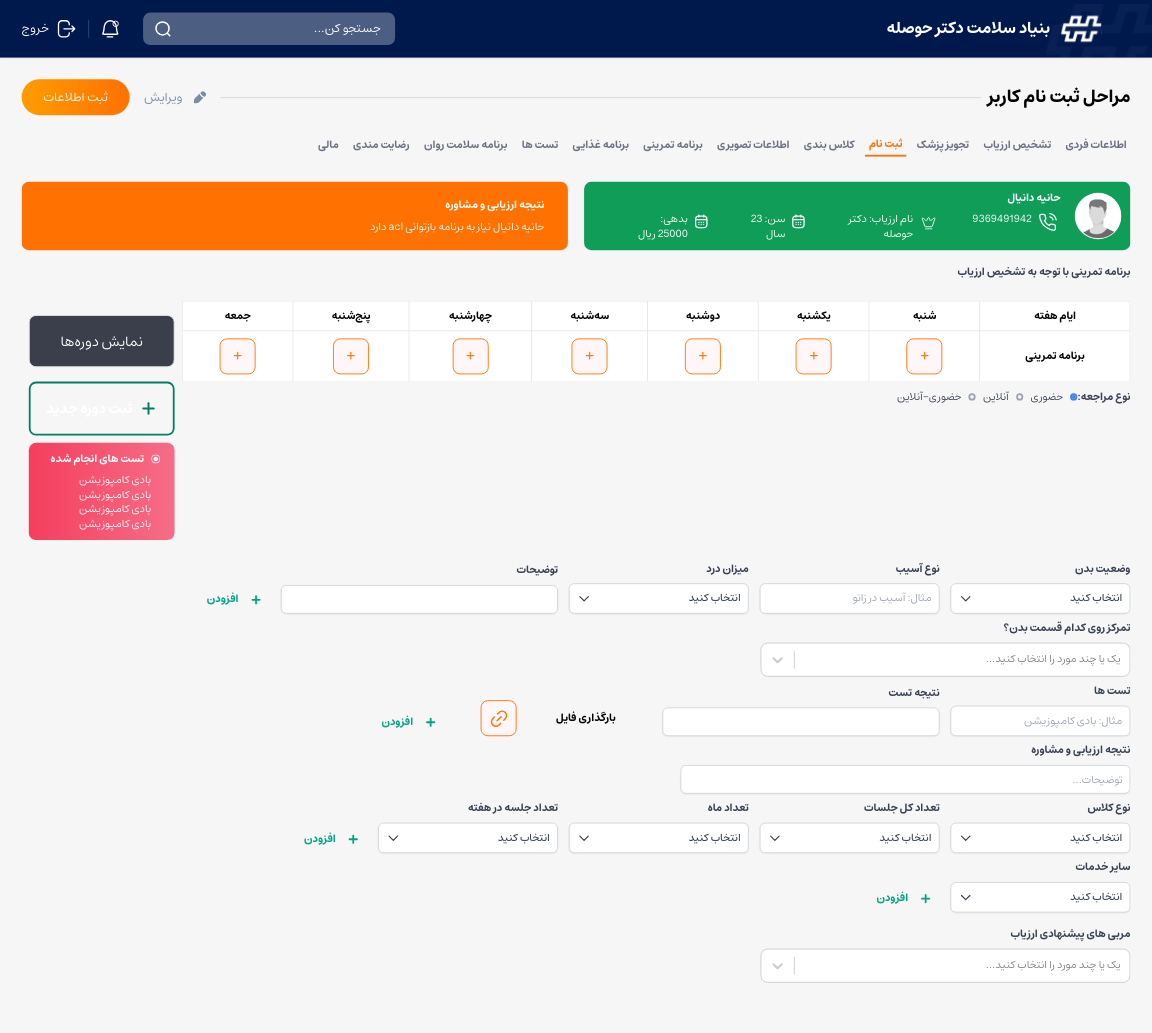
Repository: mirnajafi/ERP_hoseleh_V1.0
Page: /register, after clicking the first element matching `div.flex > :nth-child(4)`
The author's editor kept a copy of each file at every save. The page is drawn from the files as they stood at one save, then again after a run of saves.
The browser window is 1280 px wide. The pictures show the whole page, at 90% of full size.
Some web fonts or font styles are not loaded; a fallback is used. The project was rebuilt for these pictures with package versions that can differ from the ones it lists, and the page was loaded fresh each time. The framework's server and built-in components were replaced by stand-ins that run in the browser. Also part of the build but not shown: next.config.mjs, src/components/icons/trash.tsx, src/components/weekTable/weekTable.css, src/components/icons/copy.tsx, src/components/recognitionEvaluator/recognitionEvaluator.tsx.

Above is the page before, as saved 2025-02-28 23:44:12.

### src/app/layout.tsx
/* eslint-disable @next/next/no-img-element */
import type { Metadata } from "next";
import Header from "@/components/layout/Header";
import "@/app/globals.css";


export const metadata: Metadata = {
  title: "دکتر حوصله",
  description: "بنیاد سلامت دکتر حوصله",
};

export default function RootLayout({ children }: { children: React.ReactNode }) {
  return (
    <html lang="fa" dir="rtl">
      <body className="bg-dashboard-bg min-h-screen">
        {/* Header includes SidebarToggle, so no need to add Sidebar separately */}
        <Header />
        {/* Main Content Area */}
        <main className="transition-all duration-300 mt-16 p-6">
          {children}
        </main>

      </body>
    </html>
  );
}

### src/app/register/page.tsx
'use client';


import PageHeader from "@/components/formHeader/formHeader";
import Tabs from "@/components/formTab/formTab";
import PersonalInfo from "@/components/personalInfo/personalInfo";
import RecognitionEvaluator from "@/components/recognitionEvaluator/recognitionEvaluator";
import Registration from "@/components/registration/registration";


const Register = () => {


    const tabItems = [
        {
            label: "اطلاعات فردی", content: <PersonalInfo />
        },
        {
            label: "تشخیص ارزیاب", content: <RecognitionEvaluator />
        },
        { label: "تجویز پزشک", content: <div></div> },
        { label: "ثبت نام", content: <Registration/> },
        { label: "کلاس بندی", content: <div></div> },
        { label: "اطلاعات تصویری", content: <div></div> },
        { label: "برنامه تمرینی", content: <div></div> },
        { label: "برنامه غذایی", content: <div></div> },
        { label: "تست ها", content: <div></div> },
        { label: "برنامه سلامت روان", content: <div></div> },
        { label: "رضایت مندی", content: <div></div> },
        { label: "مالی", content: <div></div> },
    ];

    return (
        <div className="w-full flex flex-col">

            <PageHeader
                title="مراحل ثبت نام کاربر"
                onEdit={() => console.log("ویرایش")}
                onDelete={() => console.log("حذف")}
            />

            <Tabs tabs={tabItems} />

        </div>
    );
};

export default Register;

### src/components/layout/Header.tsx
/* eslint-disable @next/next/no-img-element */
import SearchInput from "../SearchInput/SearchInput";

export default function Header() {
  return (
    <header className="h-16 bg-secondry-blue-900 shadow-sm fixed top-0 left-0 right-0 flex items-center justify-between px-6 overflow-hidden">
      <img
          src="/icons/pattern.svg"
          alt="logo"
          className="h-20 absolute -right-2 top-1"
        />
      {/* Right Side Group */}
      <div className="flex items-center gap-3 pr-8">
        <img
          src="/icons/logo.svg"
          alt="logo"
          className="h-8 brightness-0 invert"
        />
        <h1 className="text-white text-lg font-bold">بنیاد سلامت دکتر حوصله</h1>
      </div>

      {/* Left Side Group */}
      <div className="flex items-center gap-6">
        <SearchInput />

        <div className="flex items-center gap-3">
          <div className="relative">
            <img
              src="/icons/notification.svg"
              alt="notifications"
              className="w-6 h-6 cursor-pointer"
            />
            <span className="absolute top-[3px] border border-white right-[3px] w-[7px] h-[7px] bg-red-500 rounded-full"></span>
          </div>
          <div className="w-px h-5 bg-white/20" />
          <button className="flex items-center gap-2 text-white">
            <img src="/icons/out.svg" alt="logout" className="w-6 h-6" />
            <span className="text-sm">خروج</span>
          </button>
        </div>
      </div>
    </header>
  );
}

### src/app/globals.css
@tailwind base;
@tailwind components;
@tailwind utilities;

@font-face {
  font-family: 'Estedad';
  src: url('/fonts/Estedad-Regular.woff2') format('woff2');
  font-weight: normal;
  font-style: normal;
  font-display: swap;
}

@font-face {
  font-family: 'Estedad';
  src: url('/fonts/Estedad-Bold.woff2') format('woff2');
  font-weight: bold;
  font-style: normal;
  font-display: swap;
}

@font-face {
  font-family: 'Estedad';
  src: url('/fonts/Estedad-Medium.woff2') format('woff2');
  font-weight: 500;
  font-style: normal;
  font-display: swap;
}

@font-face {
  font-family: 'Estedad';
  src: url('/fonts/Light.woff2') format('woff2');
  font-weight: 400;
  font-style: normal;
  font-display: swap;
}

@layer base {
  html {
    font-family: 'Estedad'
  }
}

### src/components/formHeader/formHeader.tsx
'use client';
import './formHeader.css'

interface PageHeaderProps {
    title: string;
    onEdit: () => void;
    onDelete: () => void;
}

const PageHeader: React.FC<PageHeaderProps> = ({ title, onEdit, onDelete }) => {
    return (
        <div className="flex items-center justify-between w-full  pb-2">
            <h2 className="text-xl font-semibold text-nowrap ml-2">{title}</h2>
            <div className="flex items-center gap-4 w-full ">
                <div className="flex-1 w-full border-t border-gray-300 "></div>
                <button className="text-sm flex flex-row items-center justify-center  text-[#798BA5]" onClick={onEdit}>


                    <svg width="14" height="14" viewBox="0 0 23 23" className='ml-3' fill="none" xmlns="http://www.w3.org/2000/svg">
                        <path fill-rule="evenodd" clip-rule="evenodd" d="M19.5324 1.51563C18.1783 0.161458 15.9827 0.161458 14.6286 1.51563L12.4546 3.68958C12.5391 3.86026 12.6305 4.03984 12.7285 4.22604C13.3883 5.47917 14.3142 6.96623 15.424 8.07604C16.5338 9.18585 18.0209 10.1118 19.274 10.7715C19.4602 10.8695 19.6397 10.9609 19.8104 11.0454L21.9844 8.87144C23.3385 7.51727 23.3385 5.32173 21.9844 3.96756L19.5324 1.51563ZM18.1392 12.7166C16.8165 12.0139 15.1463 10.9803 13.833 9.66703C12.5197 8.35373 11.4861 6.68352 10.7834 5.36079L2.23425 13.9099C1.70372 14.4405 1.35958 15.1288 1.25347 15.8715L0.517889 21.0206C0.354426 22.1648 1.3352 23.1456 2.47944 22.9821L7.62851 22.2465C8.37124 22.1404 9.05953 21.7963 9.59006 21.2658L18.1392 12.7166Z" fill="#798BA5" />
                    </svg>ویرایش

                </button>
                <button className="customeGradient text-sm" onClick={onDelete}>
                    ثبت اطلاعات
                </button>
            </div>
        </div>
    );
};

export default PageHeader;

### src/components/formTab/formTab.tsx
import { useState } from "react";

interface Tab {
  label: string;
  content: React.ReactNode;
}

interface TabsProps {
  tabs: Tab[];
  defaultIndex?: number;
}

const Tabs: React.FC<TabsProps> = ({ tabs, defaultIndex = 0 }) => {
  const [activeIndex, setActiveIndex] = useState(defaultIndex);

  return (
    <div className="w-full overflow-hidden">
      <div className="flex py-3 overflow-x-auto whitespace-nowrap">
        {tabs.map((tab, index) => (
          <button
            key={index}
            className={`ml-2 p-1 text-nowrap text-xs font-bold text-sm focus:outline-none ${activeIndex === index
                ? "border-b-2 border-[#FF7101] text-[#FF7101]"
                : "text-gray-500 hover:text-[#FF7101]"
              }`}
            onClick={() => setActiveIndex(index)}
          >
            {tab.label}
          </button>
        ))}
      </div>

      <div className="py-4">{tabs[activeIndex].content}</div>
    </div>
  );
};

export default Tabs;

### src/components/SearchInput/SearchInput.tsx
/* eslint-disable @next/next/no-img-element */
"use client";

interface SearchInputProps {
  placeholder?: string;
  className?: string;
}

export default function SearchInput({ placeholder = "جستجو کن...", className = "" }: SearchInputProps) {
  return (
    <div className="relative w-[280px]">
      <input
        type="text"
        placeholder={placeholder}
        className={`w-full h-9 bg-white bg-opacity-30 rounded-lg px-4 text-white placeholder:text-white text-sm focus:outline-none ${className}`}
      />
      <img
        src="/icons/left-icon.svg"
        alt="search"
        className="absolute left-2 top-1/2 -translate-y-1/2 w-7 h-7 brightness-0 invert"
      />
    </div>
  );
}

### src/components/formHeader/formHeader.css
.customeGradient{
    background: linear-gradient(270deg, #FF7101 0%, #FF9C00 100%);
    color: white;
    border-radius: 50px;
    padding:  10px 24px;
}

### src/components/input/input.tsx
'use client';  // اضافه کردن این خط برای فعال کردن کامپوننت در Client-side

import React from "react";

interface InputProps {
  label: string;
  type?: string;
  value: string;
  onChange: (e: React.ChangeEvent<HTMLInputElement>) => void;
  placeholder?: string;
  required?: boolean;
  className?: string;
}

const Input: React.FC<InputProps> = ({
  label,
  type = "text",
  value,
  onChange,
  placeholder,
  required = false,
  className = "",
}) => {
  return (
    <div className={`w-full xl:w-1/5 ml-3 my-2 xl:my-0 lg:max-w-[200px] ${className}`}>
      <label className="block text-xs text-gray-700  xl:mt-2 mb-2  font-bold">{label}</label>

      <input
        type={type}
        value={value}
        onChange={onChange}
        placeholder={placeholder}
        required={required}
        className="block w-full p-2 lg:max-w-200 text-xs border border-gray-300 rounded-md shadow-sm focus:outline-none focus:ring-2 focus:ring-indigo-500 focus:border-indigo-500"
      />
    </div>
  );
};

export default Input;

### src/components/transparentBtn/transparentBtn.tsx
'use client'; // اضافه کردن این خط برای فعال کردن کامپوننت در Client-side

import React from "react";

interface BtnProps {
    label: string;
}

const TransparentBtn: React.FC<BtnProps> = ({ label }) => {

    return (
        <div className="w-250px text-[#01A384] h-full flex xl:items-center xl:justify-center">
            <button className="flex flex-row p-2  h-full flex items-center justify-center font-bold text-xs
">
                <svg width="15" height="15" viewBox="0 0 14 15" fill="none" xmlns="http://www.w3.org/2000/svg" className="ml-3">
                    <path d="M7 3.41666V11.5833" stroke="#01A384" stroke-width="2" stroke-linecap="round" stroke-linejoin="round" />
                    <path d="M2.91602 7.5H11.0827" stroke="#01A384" stroke-width="2" stroke-linecap="round" stroke-linejoin="round" />
                </svg>
                {label}
            </button>
        </div>
    );
};

export default TransparentBtn;

### src/components/inputDescription/inputDescription.tsx
'use client';  // اضافه کردن این خط برای فعال کردن کامپوننت در Client-side

import React from "react";

interface InputProps {
  label: string;
  value: string;
  placeholder?: string;
  required?: boolean;
  className?: string;
  height?:string;
}

const InputDescription: React.FC<InputProps> = ({
  label,
  value,
  placeholder,
  required = false,
  className = "",
  height
}) => {
  return (
    <div className={`w-full xl:w-1/2 ml-3 max-w-[500px] ${className}`}>
      <label className="block text-xs text-gray-700 mb-2 mt-4 xl:my-2 font-bold font-bold">{label}</label>

      <textarea
        value={value}
        placeholder={placeholder}
        required={required}
        className={`block w-full h-8 ${height} p-2 resize-none max-w-200 overflow-hidden text-xs border border-gray-300 rounded-md shadow-sm focus:outline-none focus:ring-2 focus:ring-indigo-500 focus:border-indigo-500`}
      />
    </div>
  );
};

export default InputDescription;

### src/components/fileUploader/fileUploader.tsx
"use client";

import React, { useState } from "react";
import { useDropzone } from "react-dropzone";
import UploaderIcon from "../icons/uploader";

interface FileUploaderProps {
    onFileUpload: (files: File[]) => void;
    accept?: string;
    multiple?: boolean;
    label?: string;
}

const FileUploader: React.FC<FileUploaderProps> = ({
    onFileUpload,
    accept = "*",
    multiple = true,
    label = 'بارگذاری فایل'
}) => {
    const [uploadedFiles, setUploadedFiles] = useState<File[]>([]);

    const onDrop = (acceptedFiles: File[]) => {
        setUploadedFiles(acceptedFiles);
        onFileUpload(acceptedFiles);
    };

    const { getRootProps, getInputProps } = useDropzone({
        onDrop,
        accept,
        multiple,
    });

    return (
        <div className="lg:w-1/6 max-w-[150px] cursor-pointer my-4 lg:my-0 lg:mx-10" {...getRootProps()}>
            <input {...getInputProps()} />
            <div className="flex flex-row justify-between items-center">
                <p className="text-xs font-bold">{label}</p>
                <button className="bg-[#FFF6F7] h-10 w-10 border rounded-lg border-[#FF7101] flex justify-center items-center"><UploaderIcon width={25} height={25}/></button>
            </div>

            {uploadedFiles.length > 0 && (
                <ul className="mt-2 text-sm text-gray-700">
                    {uploadedFiles.map((file, index) => (
                        <li key={index} className="mt-1">
                            {file.name}
                        </li>
                    ))}
                </ul>
            )}
        </div>
    );
};

export default FileUploader;

### src/components/resultBox/resultBox.tsx
'use client';

import React from "react";
import './resultBox.css';


interface ResultBoxProps {
    resultText: string;
    className?: string;
}

const ResultBox: React.FC<ResultBoxProps> = ({
    resultText,
    className
}) => {
    return (
        <div className={`w-full flex flex-col lg:flex-row containResultBox text-xs ${className}`}>
            <div className="flex flex-col mr-4">
                <div className="font-bold">نتیجه ارزیابی و مشاوره</div>
                <div className="flex flex-col justify-center items-start lg:flex-row mt-2">
                    <span className="ml-10 flex flex-row-reverse">{resultText}</span>
                </div>
            </div>
        </div>
    );
};

export default ResultBox;

### src/components/icons/plus.tsx
'use client';

import React from "react";

interface IconProps {
    width?: number;
    height?: number;
    color?: string;
}

const PlusIcon: React.FC<IconProps> = ({ width, height }) => {
    return (
        <svg width={width} height={height} viewBox="0 0 36 36" fill="none" className="ml-2" xmlns="http://www.w3.org/2000/svg">
        <path d="M18 7.5V28.5" stroke="#007F63" stroke-width="4" stroke-linecap="round" stroke-linejoin="round"/>
        <path d="M7.5 18H28.5" stroke="#007F63" stroke-width="4" stroke-linecap="round" stroke-linejoin="round"/>
        </svg>


    );
};

export default PlusIcon;

### src/components/leftSideBox/leftSideBox.tsx
'use client';

import React from "react";
import './leftSideBox.css';
import CircleIcon from "../icons/circle";


interface BoxProps {
    title: string;
    test1:string;
    className?: string;
}

const LeftSideBox: React.FC<BoxProps> = ({
    title,
    test1,
    className
}) => {
    return (
        <div className={`w-full flex flex-col lg:flex-row containLeftSideBox text-xs ${className}`}>
            <div className="flex flex-col mr-4">
                <div className="font-bold flex flex-row items-center special-margin"><CircleIcon width={10} height={10}/> {title}</div>
                <div className="flex flex-col justify-center items-start  mt-2">
                    <span className="ml-10 flex flex-row-reverse">{test1}</span>
                    <span className="ml-10 flex flex-row-reverse">{test1}</span>
                    <span className="ml-10 flex flex-row-reverse">{test1}</span>
                    <span className="ml-10 flex flex-row-reverse">{test1}</span>

                </div>
            </div>
        </div>
    );
};

export default LeftSideBox;

### src/components/radioBtn/radioBtn.tsx
import React from "react";

interface RadioButtonProps {
  label: string;
  name: string;
  value: string;
  checked: boolean;
  onChange: (value: string) => void;
}

const RadioButton: React.FC<RadioButtonProps> = ({ label, name, value, checked, onChange }) => {
  return (
    <label className="flex items-center space-x-2 cursor-pointer text-xs">
      <input
        type="radio"
        name={name}
        value={value}
        checked={checked}
        onChange={() => onChange(value)}
        className="hidden"
      />
      <div
        className={`w-2 h-2 rounded-full border-2 ${
          checked ? "border-blue-500" : "border-gray-400"
        } flex items-center justify-center transition-all`}
      >
        {checked && <div className="w-1 h-1 bg-blue-500 rounded-full" />}
      </div>
      <span className="text-gray-700">{label}</span>
    </label>
  );
};

export default RadioButton;

### src/components/icons/uploader.tsx
'use client';

import React from "react";

interface IconProps {
    width?: number;
    height?: number;
    color?: string;
}

const UploaderIcon: React.FC<IconProps> = ({ width, height }) => {
    return (<svg width={width} height={height} viewBox="0 0 24 24" fill="none" xmlns="http://www.w3.org/2000/svg">
        <path d="M14.1211 9.87866L9.87845 14.1213" stroke="#FF7101" stroke-width="1.5" stroke-linecap="round" />
        <path d="M10.334 7.00003L12.0006 5.33336C13.8416 3.49239 16.8264 3.49239 18.6673 5.33335V5.33335C20.5083 7.17431 20.5083 10.1591 18.6673 12.0001L17.0007 13.6667" stroke="#FF7101" stroke-width="1.5" stroke-linecap="round" />
        <path d="M13.666 17L11.9994 18.6666C10.1584 20.5076 7.17362 20.5076 5.33266 18.6666V18.6666C3.4917 16.8257 3.4917 13.8409 5.33266 11.9999L6.99934 10.3333" stroke="#FF7101" stroke-width="1.5" stroke-linecap="round" />
    </svg>
    );
};

export default UploaderIcon;

### src/components/informationUserBox/informationUserBox.css
.containInfoBox {
  background: #0f9d58;
  color: white;
  justify-content: right;
  align-items: center;
  padding: 10px;
  border-radius: 8px;
}
.imageUser {
  border-radius: 100%;
}

### src/components/icons/phoneNumber.tsx
'use client';

import React from "react";

interface IconProps {
    width?: number;
    height?: number;
    color?: string;
}

const PhoneNumberIcon: React.FC<IconProps> = ({ width, height }) => {
    return (
        <svg width={width} height={height} className="ml-2"
            viewBox="0 0 26 25" fill="none" xmlns="http://www.w3.org/2000/svg">
            <path d="M13.5831 4.82261C14.5165 5.00472 15.3744 5.46123 16.0468 6.1337C16.7193 6.80617 17.1758 7.66402 17.3579 8.59743M13.5831 1C15.5224 1.21544 17.3308 2.08388 18.7113 3.46272C20.0919 4.84157 20.9626 6.64887 21.1805 8.58788M20.2249 16.214V19.0809C20.226 19.3471 20.1714 19.6105 20.0648 19.8544C19.9582 20.0983 19.8018 20.3172 19.6057 20.4971C19.4096 20.677 19.178 20.814 18.9259 20.8993C18.6738 20.9845 18.4066 21.0162 18.1415 20.9922C15.2008 20.6727 12.3761 19.6678 9.89427 18.0584C7.58525 16.5911 5.62761 14.6335 4.16036 12.3245C2.54529 9.83138 1.54019 6.99289 1.22651 4.03897C1.20263 3.7747 1.23403 3.50836 1.31873 3.25689C1.40342 3.00543 1.53955 2.77435 1.71844 2.57838C1.89734 2.3824 2.11508 2.22582 2.3578 2.11861C2.60052 2.0114 2.86291 1.9559 3.12825 1.95565H5.99521C6.459 1.95109 6.90862 2.11532 7.26027 2.41774C7.61192 2.72016 7.8416 3.14013 7.90651 3.59937C8.02752 4.51686 8.25194 5.41772 8.57547 6.28476C8.70405 6.62681 8.73188 6.99855 8.65566 7.35593C8.57944 7.71331 8.40237 8.04135 8.14543 8.30118L6.93175 9.51486C8.29217 11.9074 10.2731 13.8883 12.6657 15.2488L13.8793 14.0351C14.1392 13.7782 14.4672 13.6011 14.8246 13.5249C15.182 13.4486 15.5537 13.4765 15.8958 13.6051C16.7628 13.9286 17.6637 14.153 18.5811 14.274C19.0454 14.3395 19.4693 14.5733 19.7724 14.931C20.0755 15.2887 20.2365 15.7453 20.2249 16.214Z" stroke="white" stroke-width="1.5" stroke-linecap="round" stroke-linejoin="round" />
        </svg>
    );
};

export default PhoneNumberIcon;

### src/components/resultBox/resultBox.css
.containResultBox {
  background: #FF7101;
  color: white;
  justify-content: right;
  align-items: center;
  padding: 10px;
  border-radius: 8px;
  margin-right: 10px;
}

### src/components/leftSideBox/leftSideBox.css
.containLeftSideBox {
  background: linear-gradient(270deg, #F56E86 0%, #F53E5E 100%);
  color: white;
  justify-content: right;
  align-items: center;
  padding: 10px;
  border-radius: 8px;
}
.special-margin{
  margin-right: -10px;
}

### src/components/icons/circle.tsx

'use client';

import React from "react";

interface IconProps {
    width?: number;
    height?: number;
    color?: string;
}

const CircleIcon: React.FC<IconProps> = ({ width = 21, height = 22 }) => {
    return (
        <svg width={width} height={height} viewBox="0 0 12 12" className="ml-2" fill="none" xmlns="http://www.w3.org/2000/svg">
            <rect width="12" height="12" rx="6" fill="white" />
            <rect x="2" y="2" width="8" height="8" rx="4" fill="white" />
            <rect x="2" y="2" width="8" height="8" rx="4" stroke="#F56B84" stroke-width="2" />
        </svg>

    );
};

export default CircleIcon;

### tailwind.config.ts
import type { Config } from "tailwindcss";

const config: Config = {
  content: [
    "./src/pages/**/*.{js,ts,jsx,tsx,mdx}",
    "./src/components/**/*.{js,ts,jsx,tsx,mdx}",
    "./src/containers/**/*.{js,ts,jsx,tsx,mdx}",
    "./src/app/**/*.{js,ts,jsx,tsx,mdx}",
  ],
  theme: {
    extend: {
      colors: {
        "deep-blue": "#1E3A8A",
        "green": "#8BC34A",
        "orange": "#F97316",
        "red": "#E02D40",
        "yellow": "#FBBF24",
        background: "var(--background)",
        foreground: "var(--foreground)",
        secondry: {
          blue: {
            900: "#00194D",
          },
        },
        primery: {
          600: "#FF7101"
        },
        dashboard: {
          bg: "#F6F6F6"
        }
      },
    },
  },
  plugins: [],
};
export default config;

Loaded but not shown: src/components/registration/registration.tsx (246 lines, source omitted); src/components/personalInfo/personalInfo.tsx (302 lines, source omitted); src/components/weekTable/weekTable.tsx (87 lines, source omitted); src/components/dropdown/dropdown.tsx (69 lines, source omitted); src/components/icons/evaluator.tsx (26 lines, source omitted); src/components/inputDate/inputDate.tsx (67 lines, source omitted); src/components/informationUserBox/informationUserBox.tsx (61 lines, source omitted); src/components/icons/calendar.tsx (35 lines, source omitted)

After the next 4 saves:
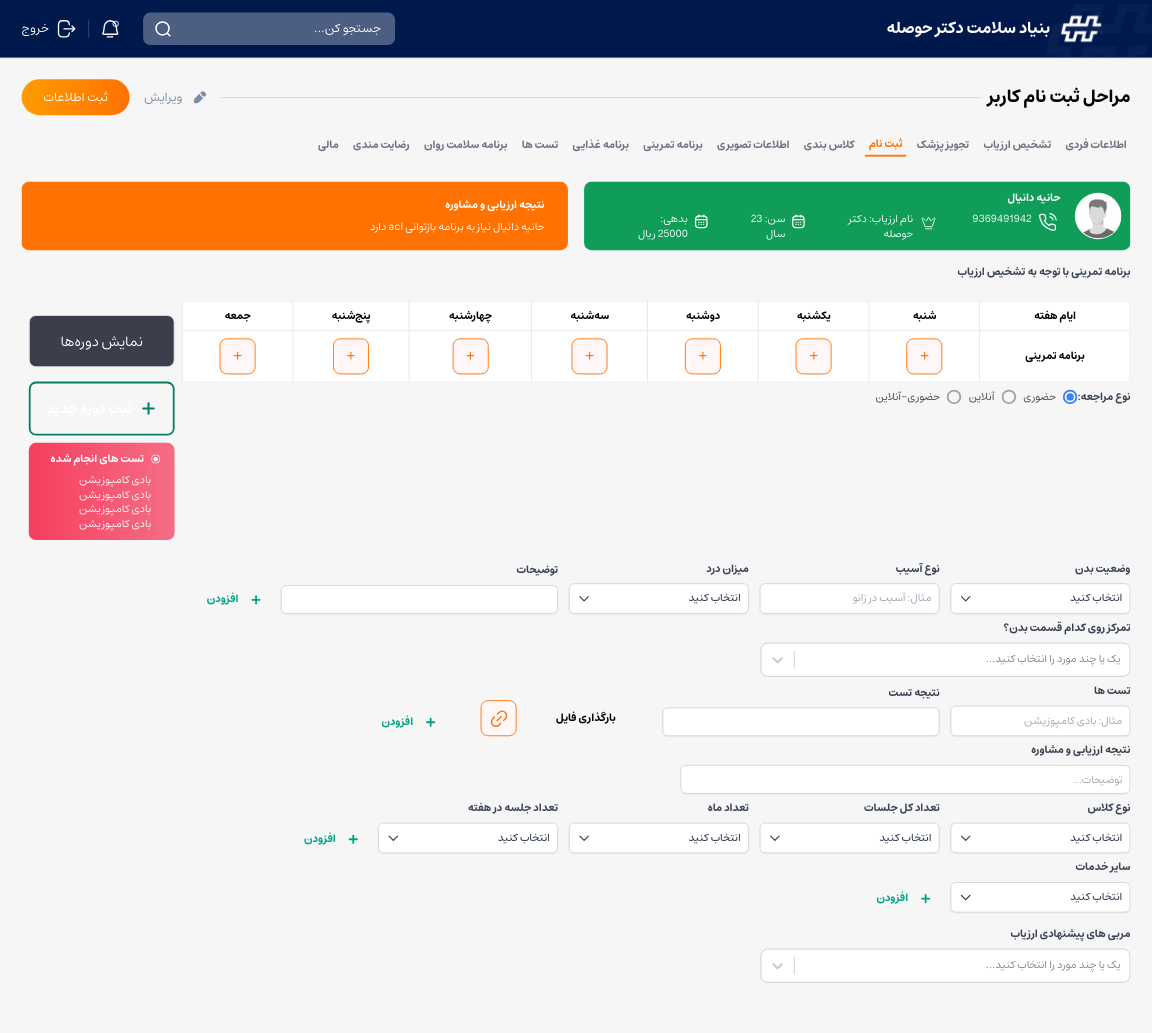
The 4 saves are shown as one change because they came seconds apart.
The last was saved 17 s later.
--- a/src/components/radioBtn/radioBtn.tsx
+++ b/src/components/radioBtn/radioBtn.tsx
@@ -20,11 +20,11 @@
         className="hidden"
       />
       <div
-        className={`w-2 h-2 rounded-full border-2 ${
+        className={`w-4 h-4 rounded-full border-2 ${
           checked ? "border-blue-500" : "border-gray-400"
         } flex items-center justify-center transition-all`}
       >
-        {checked && <div className="w-1 h-1 bg-blue-500 rounded-full" />}
+        {checked && <div className="w-2 h-2 bg-blue-500 rounded-full" />}
       </div>
       <span className="text-gray-700">{label}</span>
     </label>
